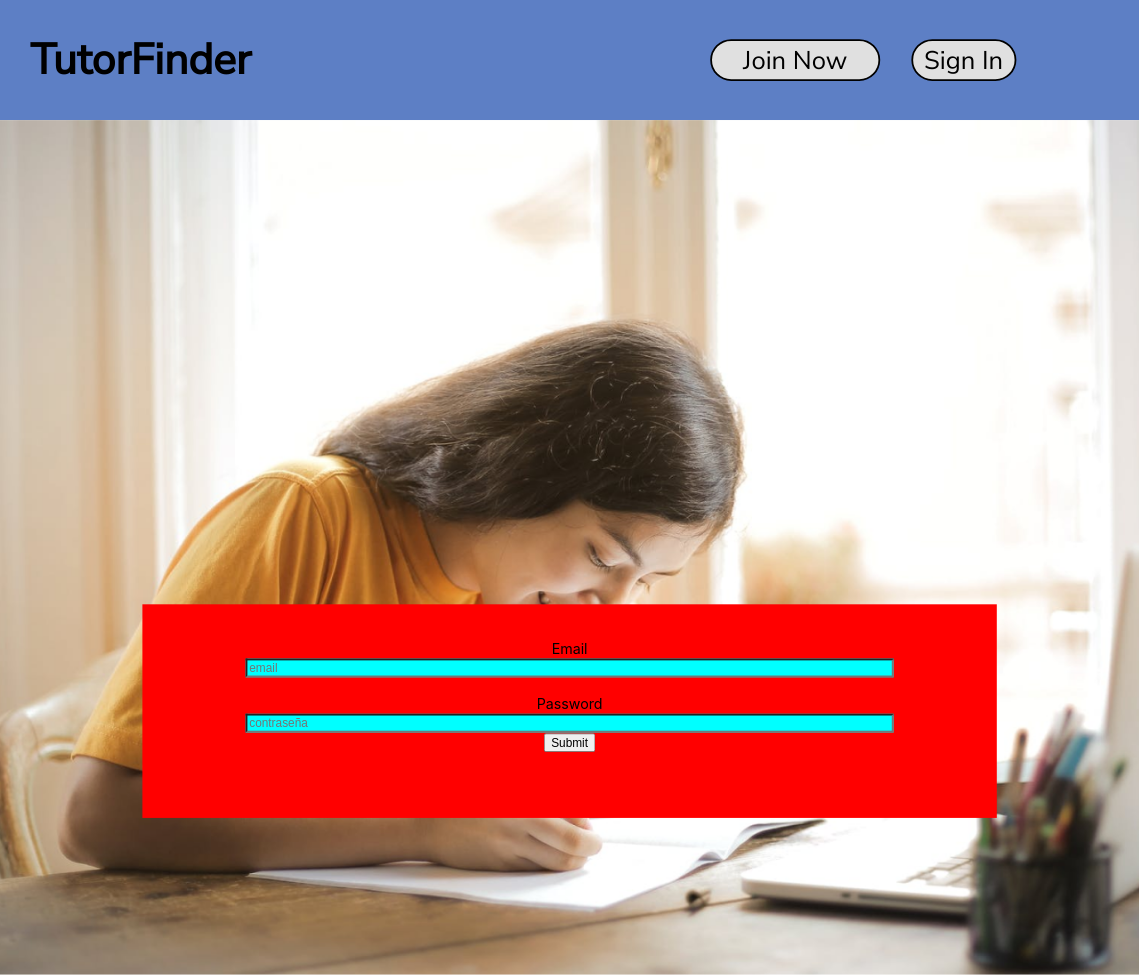
Repository: uprm-inso-4117-2020-2021-s2/semester-project-uprm-inso-4117-2020-2021-s2-team-7
Page: / (app in tutorfinder/)
These files come from the project's save history. The page is drawn as it stood at one moment and after the next save; the edit follows.
The browser window is 1280 px wide. The pictures show the whole page, at 89% of full size.
The project was rebuilt for these pictures with package versions that can differ from the ones it lists, and the page was loaded fresh each time. Also part of the build but not shown: tutorfinder/src/App.css.

Above is the page before, as saved 2021-03-30 00:14:12.

### tutorfinder/src/App.js
import React from "react";
import './App.css';
import Nav from './Nav.js';
import Welcome from "./Welcome";




function App() {
  return (

      <div className="">

        <Nav />
     <Welcome/>

      </div>

  );
}



export default App;

### tutorfinder/src/Nav.js
import React from "react";
import "./App.css";
import "./Nav.css"

class Nav extends React.Component {

  render(){

  return (
    <div className="">
  <table className="navBar">
      <tr>
          <td className="left"><h1 className="title">TutorFinder</h1></td>

          <td className="middle "><button className="buttons buttonLetters ">Join Now</button></td>
          <td className="right"><button className="buttons buttonLetters">Sign In</button></td>
      </tr>
      </table>

    </div>
  );
}
}

export default Nav;

### tutorfinder/src/Welcome.js
import React from "react";
import "./App.css";
import "./Welcome.css"
import foto from "./assets/bg.png"
import Search from "./Search";
import Login from "./Login";

class Welcome extends React.Component {

  render(){

  return (
    <div className="background">


 {/* <Search/> */}
 <Login/>

    </div>
  );
}
}

export default Welcome;

### tutorfinder/src/Nav.css
@import url("https://fonts.googleapis.com/css2?family=Nunito+Sans&display=swap");

.title {
  font-family: "Nunito Sans", sans-serif;
  font-style: normal;
  font-weight: bold;
  font-size: 48px;
  line-height: 65px;

}

.navBar {
    table-layout: fixed;
  background-color: #5d7fc5;
  width: 100%;
}

.buttons {
  background: #e0e0e0;
  border-radius: 45px;
  outline: none;
  border-style: solid;

}

.buttonLetters {
  font-family: "Nunito Sans", sans-serif;
  font-style: normal;
  font-weight: 300;
  font-size: 1.8em;
  line-height: 41px;
  text-align: center;
  padding-right: 10%;
  padding-left: 10%;

}

.left{
text-align: left;
padding-left: 2.5%;
width: 50%;
}

.right{
    text-align: left;
    padding-right: 10%;
    width: 20%;
}

.middle{
    /* background-color: red; */
    text-align: right;
    padding-right: 2.5%;
}

### tutorfinder/src/Welcome.css

@import url("https://fonts.googleapis.com/css2?family=Nunito+Sans&display=swap");

.background{
background-image: url("./assets/bg.png");
width:100%;
height:60em;
position:relative;
}


.square{
    background: rgba(255, 255, 255, 0.65);
border-radius: 25px;
text-align: center;

}

.everything{
    position:absolute;
    top:50%;
    left:50%;
    width :75%;
    height:50%;
    margin-left:-37.5%;
    margin-top:5%;

}

.search{
    width: 100%;
    background: #FFFFFF;
box-shadow: 0px 4px 4px rgba(0, 0, 0, 0.25);
border-radius: 50px;
height: 1.5em;
}

.paragraph{
    font-family: "Nunito Sans", sans-serif;
font-style: normal;
font-weight: 300;
font-size: 1.5em;
line-height: 49px;
text-align: center;
}

.heading{
    font-family: "Nunito Sans", sans-serif;
font-style: normal;
font-weight: bold;
font-size: 3em;
line-height: 87px;
text-align: center;
}

.login{
    position:absolute;
    top:50%;
    left:50%;
    width :75%;
    height:25%;
    margin-left:-37.5%;
    margin-top:5%;
    background-color: red;
    text-align: center;
}

.size{
    width: 75%;
    background-color: aqua;
}

.fullWidth{
    width: 100%;
}

### tutorfinder/src/Login.js
import React from "react";
import "./App.css";
import "./Welcome.css"
import { Input, FormGroup, Label, Form, Container, Button, Col} from 'reactstrap';

class Login extends React.Component {

  render(){

  return (
    <div className="login">
<div className="fullWidth">
<br>
      </br>

<Container className="">

<Form className=""  >
  <br>
  </br>
          <Col className="">
            <FormGroup inline>
              <Label >Email</Label>
              <br></br>
              <Input
                type="email"
                name="email"

                id="exampleEmail"
                placeholder="email"
           className="size"
              />
            </FormGroup>
          </Col>
          <br></br>
          <Col className="">
            <FormGroup >
              <Label for="">Password</Label>
              <br></br>
              <Input
                type="password"
                name="password"

                id="examplePassword"
                placeholder="contraseña"
                className="size"
              />
            </FormGroup>
          </Col>
          <div className="text-right">


          <Button  color="danger" type="submit"  >Submit</Button>
          </div>
        </Form>
<br>
</br>
      </Container>



      </div>

    </div>

  );
}
}

export default Login;

### tutorfinder/src/Search.js
import React from "react";
import "./App.css";
import "./Welcome.css"
import foto from "./assets/bg.png"

class Search extends React.Component {

  render(){

  return (



 <div className="everything">
 <div className="square">
<h1 className="heading">Find the best tutor for you</h1>
<p className="paragraph">Select from our ample catalog of tutors so you too
can improve your academic performance</p>
 </div>

 <div className="">
<input type="text" className="search"></input>
 </div>
 </div>


  );
}
}

export default Search;

Loaded but not shown: tutorfinder/public/index.html (common file); tutorfinder/src/index.js (common file); tutorfinder/src/index.css (common file); tutorfinder/src/reportWebVitals.js (common file)

After the next save:
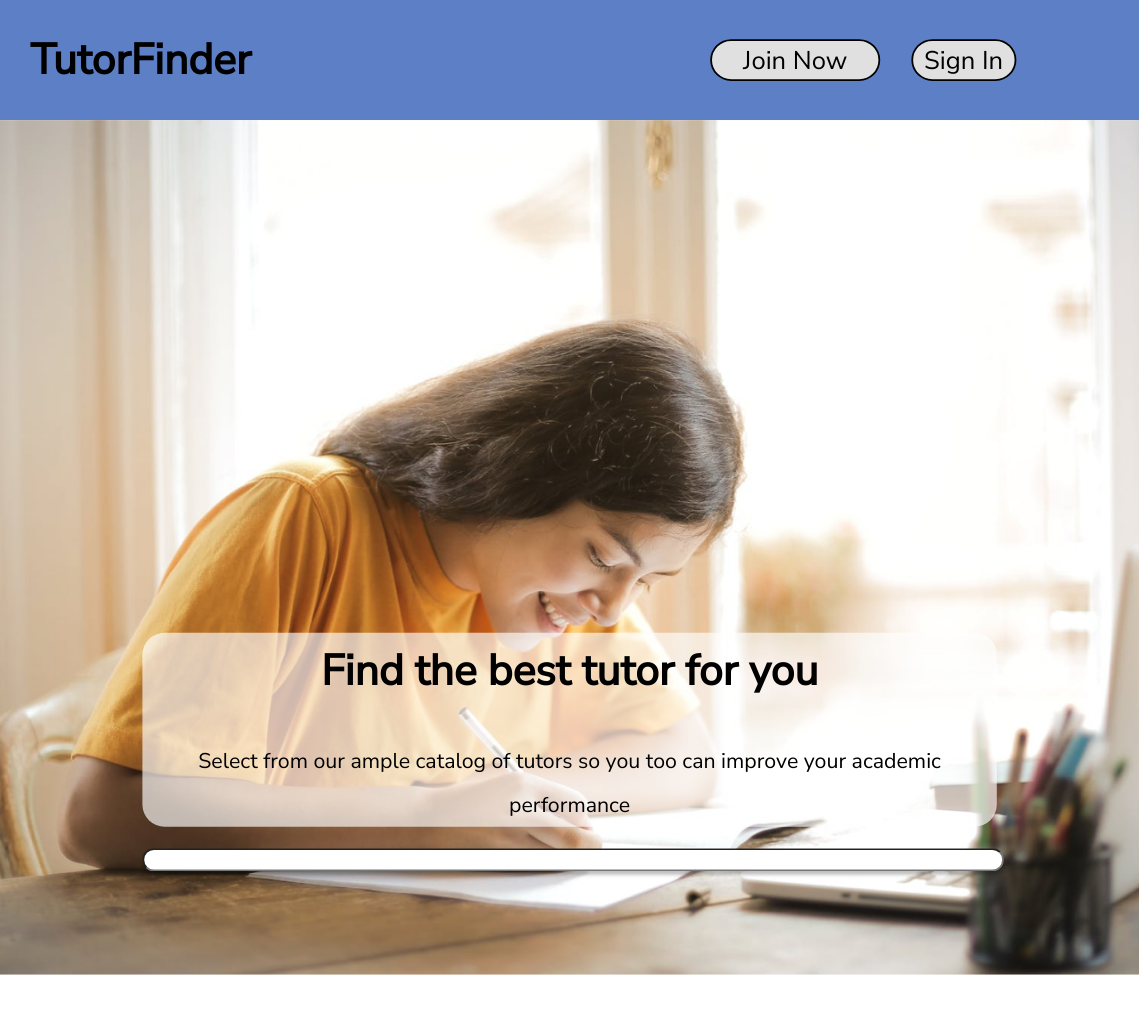
Saved 26 s later.
--- a/tutorfinder/src/Welcome.js
+++ b/tutorfinder/src/Welcome.js
@@ -13,8 +13,8 @@ class Welcome extends React.Component {
     <div className="background">
 
 
- {/* <Search/> */}
- <Login/>
+ <Search/>
+ {/* <Login/> */}
 
     </div>
   );
